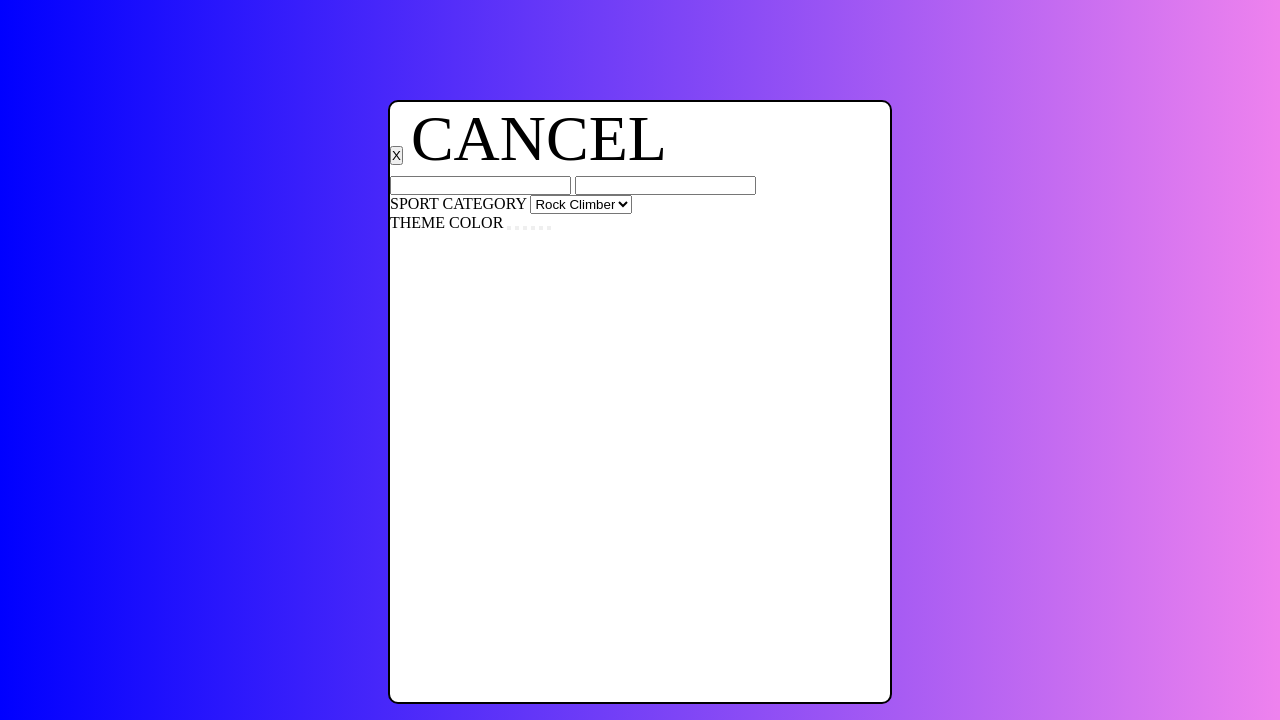
Repository: zRush1202/LoginPage-demo
Page: dom/exercise/login.html
These files come from the project's save history. The page is drawn as it stood at one moment and after the next save; the edit follows.
The browser window is 1280 px wide. The pictures show the whole page.

Above is the page before, as saved 2023-09-17 09:07:34.

After the next save:
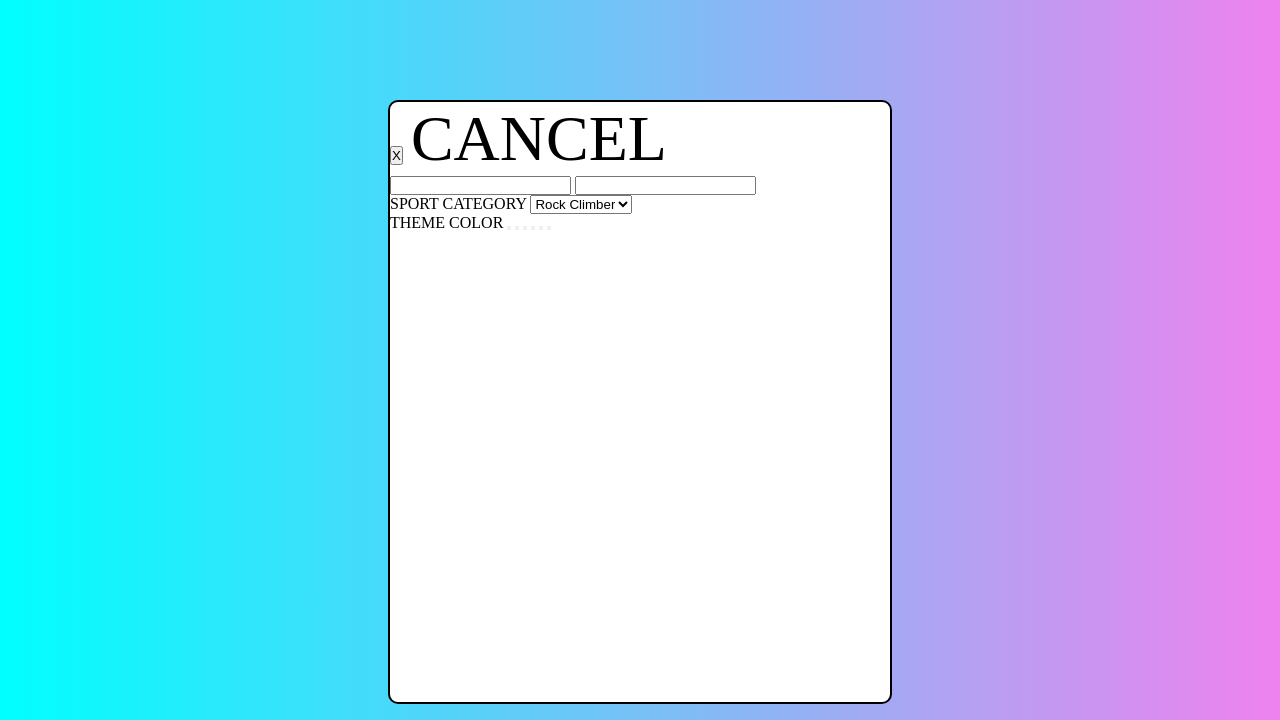
Saved 12 s later.
--- a/dom/exercise/login.css
+++ b/dom/exercise/login.css
@@ -9,7 +9,7 @@
     align-items: center;
     position: relative;
     top: 100px;
-    background-image: linear-gradient(to right, blue, violet);
+    background-image: linear-gradient(to right, cyan, violet);
 }
 
 .login {
